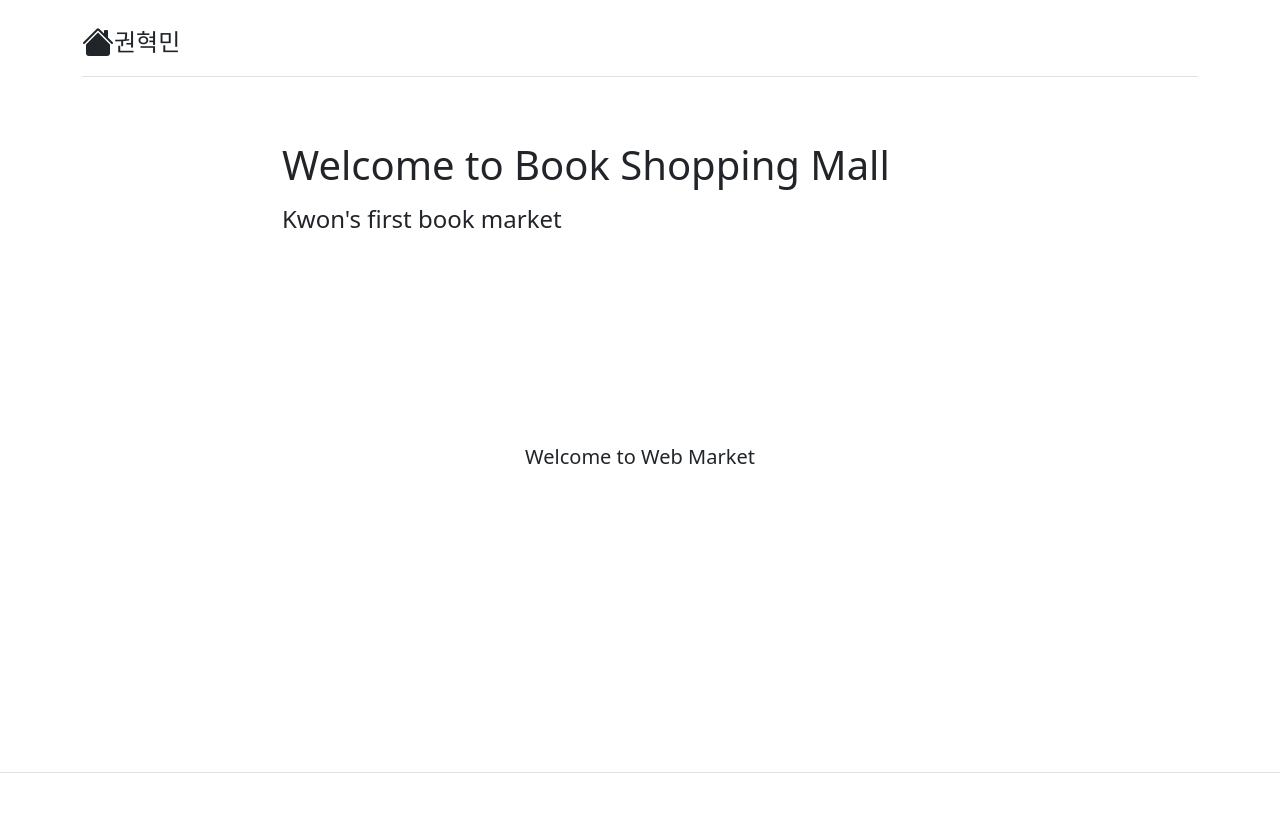
Repository: minn0701/JSP-Webbprogramming
Page: http://localhost/BookMarket/Welcome.jsp
An editor plug-in stored every save of this project. The page is shown before and after the next save, followed by the edit.
The browser window is 1280 px wide. The pictures show the whole page.
The page is served by Tomcat 9.

Above is the page before, as saved 2024-03-20 13:26:54.

### BookMarket/src/main/webapp/Welcome.jsp
<%@ page language="java" contentType="text/html; charset=EUC-KR"
    pageEncoding="EUC-KR"%>
<!DOCTYPE html>
<html>
<head>
    <link href="https://cdn.jsdelivr.net/npm/bootstrap@5.3.0-alpha1/dist/css/bootstrap.min.css" rel="stylesheet">
	<title>Welcome</title>
</head>
<body>

<%! String greet = "Welcome to Book Shopping Mall";
	String introduce = "Kwon's first book market"; %>

	<style>
		.left {
		padding-left: 200px;
		}
	</style>

<div class="container py-4">
    <header class="pb-3 mb-4 border-bottom"> <%-- 줄 만드는거 --%>
      <a href="./welcome.jsp" class="d-flex align-items-center text-dark text-decoration-none">

      <svg  width="32" height="32" fill="currentColor" class="bi bi-house-fill" viewBox="0 0 16 16">
  			<path d="M8.707 1.5a1 1 0 0 0-1.414 0L.646 8.146a.5.5 0 0 0 .708.708L8 2.207l6.646 6.647a.5.5 0 0 0 .708-.708L13 5.793V2.5a.5.5 0 0 0-.5-.5h-1a.5.5 0 0 0-.5.5v1.293L8.707 1.5Z"/>
  			<path d="m8 3.293 6 6V13.5a1.5 1.5 0 0 1-1.5 1.5h-9A1.5 1.5 0 0 1 2 13.5V9.293l6-6Z"/>
		</svg>   <%-- 집모양 아이콘 --%>

        <span class="fs-4"> 권혁민</span>

        </a>

</div>

<div class="container py-10 mb-50">


      <p><h1 class="left"><%= greet %> </h1><p>
      <h4 class="left"><%= introduce %> </h4>

</div>

<div style="
    padding-top: 200px;
    font-size:20px;
">

<center>Welcome to Web Market</center>


</div>

<div style="margin-top: 300px;"


>
<header class="pb-3 mb-4 border-top">




</div>


</body>
</html>

After the next save:
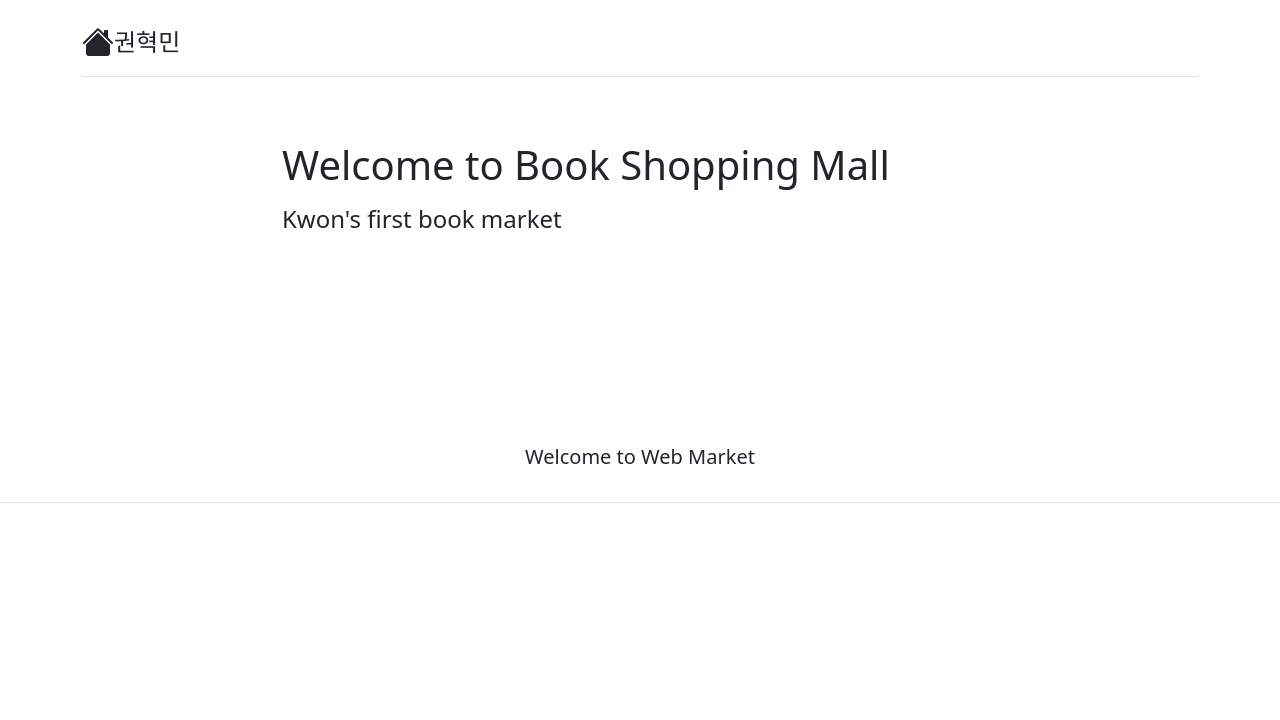
Saved 29 s later.
--- a/BookMarket/src/main/webapp/Welcome.jsp
+++ b/BookMarket/src/main/webapp/Welcome.jsp
@@ -50,7 +50,7 @@
 
 </div>
 
-<div style="margin-top: 300px;"
+<div style="margin-top: 30px;"
 
 
 >
